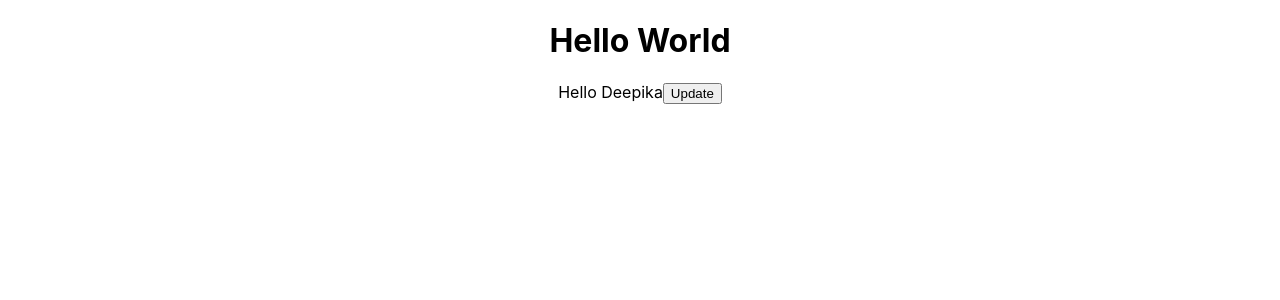
Repository: DeepikaSuretek/React
Page: / (app in practice-app/)
These files come from the project's save history. The page is drawn as it stood at one moment and after the next save; the edit follows.
The browser window is 1280 px wide. The pictures show the whole page.
The project was rebuilt for these pictures with package versions that can differ from the ones it lists, and the page was loaded fresh each time.

Above is the page before, as saved 2024-07-08 17:56:02.

### practice-app/src/App.js
import './App.css';
import User from './class-component/class';
//import User from './functional-component/function'

function App() {
  return (
    <div className="App">
     <h1>Hello World</h1>
     <User name='Anil'/>
    </div>
  );
}

export default App;

### practice-app/src/App.css
.App {
  text-align: center;
}

.App-logo {
  height: 40vmin;
  pointer-events: none;
}

@media (prefers-reduced-motion: no-preference) {
  .App-logo {
    animation: App-logo-spin infinite 20s linear;
  }
}

.App-header {
  background-color: #282c34;
  min-height: 100vh;
  display: flex;
  flex-direction: column;
  align-items: center;
  justify-content: center;
  font-size: calc(10px + 2vmin);
  color: white;
}

.App-link {
  color: #61dafb;
}

@keyframes App-logo-spin {
  from {
    transform: rotate(0deg);
  }
  to {
    transform: rotate(360deg);
  }
}

.loader{
  height: 100px;
  width: 100px;
  border: 8px solid;
  border-color: black black black red;
  border-radius: 50%;
  animation: App-logo-spin 2s linear infinite;
}

### practice-app/src/class-component/class.js
import { Component } from "react"

class User extends Component{
    constructor(){
        super();
        this.state = {
            data:'Deepika'
        }
    }

    chageData(){
        alert();
    }
    render(){
        return(
           <div>Hello {this.state.data}
           <button onClick={()=>this.changeData()}>Update</button>
           </div>

        )
    }
}

export default User;

Loaded but not shown: practice-app/public/index.html (common file); practice-app/src/index.js (common file); practice-app/src/index.css (common file); practice-app/src/reportWebVitals.js (common file)

After the next save:
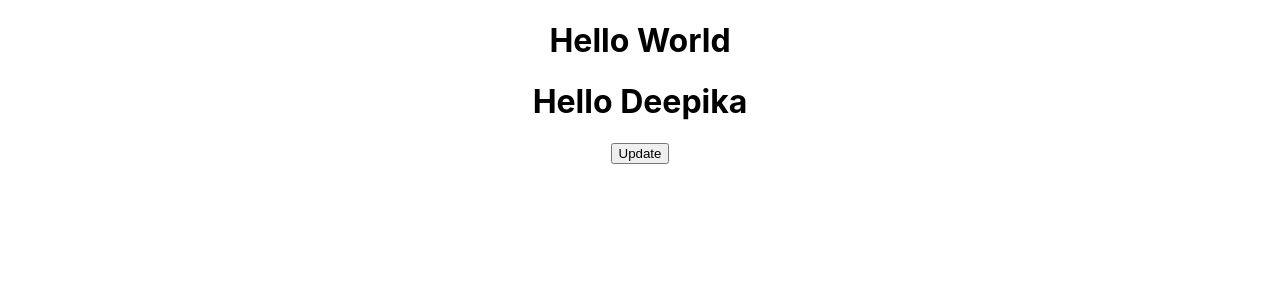
Saved 67 s later.
--- a/practice-app/src/class-component/class.js
+++ b/practice-app/src/class-component/class.js
@@ -13,7 +13,7 @@ class User extends Component{
     }
     render(){
         return(
-           <div>Hello {this.state.data}
+           <div><h1>Hello {this.state.data}</h1>
            <button onClick={()=>this.changeData()}>Update</button>
            </div>
 
